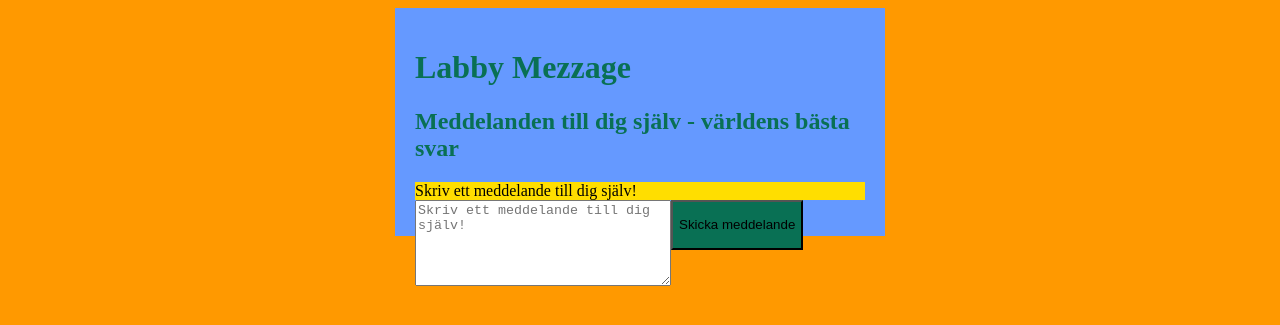
Repository: mi222ep/1dv403-laborationer
Page: 2-labbymezzage/index.html
The author's editor kept a record of every edit. The page is drawn from the files as they stood at one moment, then again after the next edit.
The browser window is 1280 px wide. The pictures show the whole page.

Above is the page before.

### 2-labbymezzage/index.html
<!DOCTYPE html>
<html lang="sv">
<head>
	<meta charset="UTF-8" />
 	<title>Labby Mezzage</title>
 	<link rel="stylesheet" href="css/style.css" type="text/css" />
    <script type="text/javascript" src="message.js"></script>
    <script type="text/javascript" src="messageboard.js"></script>
</head>
<body>
    <div id="messageApp">
    <h1>Labby Mezzage</h1>
    <h2>Meddelanden till dig själv - världens bästa svar</h2>

    <div id="messagearea">Skriv ett meddelande till dig själv!</div>

 			<textarea type="text" id="meddelande" placeholder="Skriv ett meddelande till dig själv!"></textarea>
 			<input id="send" type="submit" value="Skicka meddelande" />
            <p id="messageNumber"></p>
            </div>
</body>
</html>

### 2-labbymezzage/css/style.css
body{
    background-color: #FF9900;
    font-family: comic sans MS;
    }
div{
    background-color: #FFDE00;
}
h1, h2, h3{
    color: #097054;
}
textarea{
    width: 250px;
    height: 80px;
    float: left;
}
messagearea{
    max-height: 500px;
    overflow: hidden;
}
.smallLogo{
    height: 20px;
    float: right;
}
.message{
    border-bottom: 2px solid black;
    padding: 20px;
}
#messageApp{

    width:  450px;
    margin: 0 auto;
    padding: 20px;
        background-color: #6599FF;
}
input{
    float:left;
    height: 50px;
    background-color: #097054;;
}

### 2-labbymezzage/message.js
function Message(message, date) {

    this.getText = function() {
        return message;
    };
    this.setText = function(_text) {
        message = _text;
    };
    this.getDate = function() {
        return date;
    };
    this.setDate = function(_date) {
        date = _date;
    };
}

    Message.prototype.toString = function(){
        return this.getText()+"("+this.getDate()+")";
    };
Message.prototype.getHTMLText = function(){
    return this.getText().replace(/[\n\r]/g, "<br/>");
};

Message.prototype.getDateText = function(){
    return this.getDate().toLocaleTimeString();
};

### 2-labbymezzage/messageboard.js
var messageApp ={

    messages: [],

init: function(){

    //If submit button is clicked
    var submit = document.getElementById("send");
    submit.onclick = messageApp.CreateMessage;

},
CreateMessage: function(e){
    var text = document.getElementById("meddelande").value;
    var mess = new Message(text, new Date());
    messageApp.messages.push(mess);
    messageApp.RenderMessages();

},
RenderMessages: function(){
    //Remove all messages
    document.getElementById("messagearea").innerHTML = "";

            //Render all messages
    for(var i=0; i < messageApp.messages.length; ++i){
        messageApp.RenderMessage(i);
    }
},
RenderMessage: function(messageID){
    //Writes message counter
    var messageCount = document.querySelector("#messageNumber");
    messageCount.innerHTML = "Antal meddelanden: " +(messageApp.messages.length);

    //Writes new message
    var message = messageApp.messages[messageID].getHTMLText();
    var time = messageApp.messages[messageID].getDateText();
    var div = document.createElement("div");
    var em = document.createElement("em");
    var p = document.createElement("p");
    var removeLink = document.createElement("a");
    var showTimeLink = document.createElement("a");
    var remove = document.createElement("img");
    var showTime = document.createElement("img");

    //Sets attribute for delete image
    remove.setAttribute("src", "pics/delete.png");
    remove.setAttribute("class", "smallLogo");
    remove.setAttribute("alt", "Papperskorg - tryck här för att radera meddelandet");

    //Sets attribute for time image
    showTime.setAttribute("src", "pics/time.png");
    showTime.setAttribute("class", "smallLogo");
    showTime.setAttribute("alt", "Klocka - tryck här för att se tid och datum då meddelandet skapades");

    //Sets attribute for links surrounding the images
    removeLink.setAttribute("href", "#");
    showTimeLink.setAttribute("href", "#");
    removeLink.onclick = function() {
        messageApp.RemoveMessage(messageID);
    }
    showTime.onclick = function() {
        messageApp.ShowTime(messageID);
    }

    //Organize message elements within each other
    removeLink.appendChild(remove);
    showTimeLink.appendChild(showTime);
    div.setAttribute("class", "message");
    div.appendChild(removeLink);
    div.appendChild(showTimeLink);
    div.appendChild(p);
        div.appendChild(em);

    //Posts current message and time in the element
    p.innerHTML = message;
    em.innerHTML = time;

    //Find the #messagearea and put the new div there
    var di = document.querySelector("#messagearea");
    di.appendChild(div);
},
ShowTime: function(messageID){
    var timeObject = messageApp.messages[messageID].getDate();
    var day = timeObject.toLocaleDateString();
    var time = timeObject.toLocaleTimeString();
    alert("inlägget skapades "+ day+ " klockan " + time);

},
//Array.splice(messageID, 1);
RemoveMessage: function(messageID){
    messageApp.messages.splice(messageID, 1);
    messageApp.RenderMessages();
    },

};




window.onload = messageApp.init;

After the next edit:
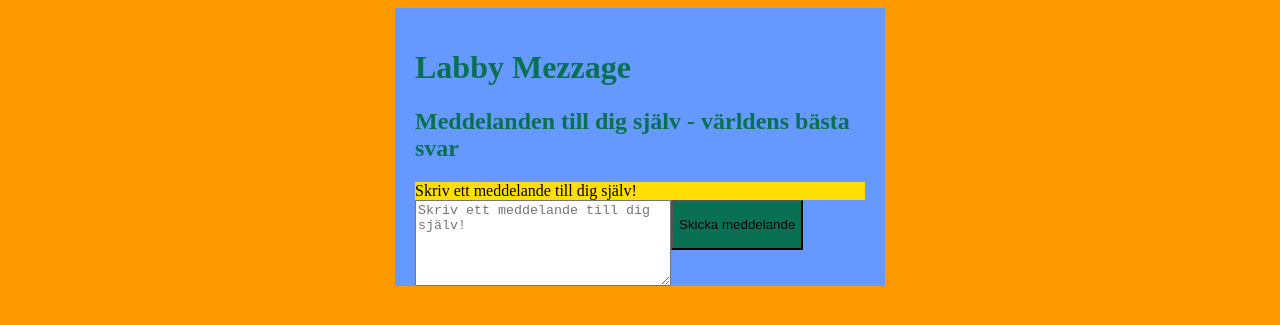
The edit:
--- a/2-labbymezzage/css/style.css
+++ b/2-labbymezzage/css/style.css
@@ -33,7 +33,6 @@
         background-color: #6599FF;
 }
 input{
-    float:left;
     height: 50px;
-    background-color: #097054;;
+    background-color: #097054;
 }
